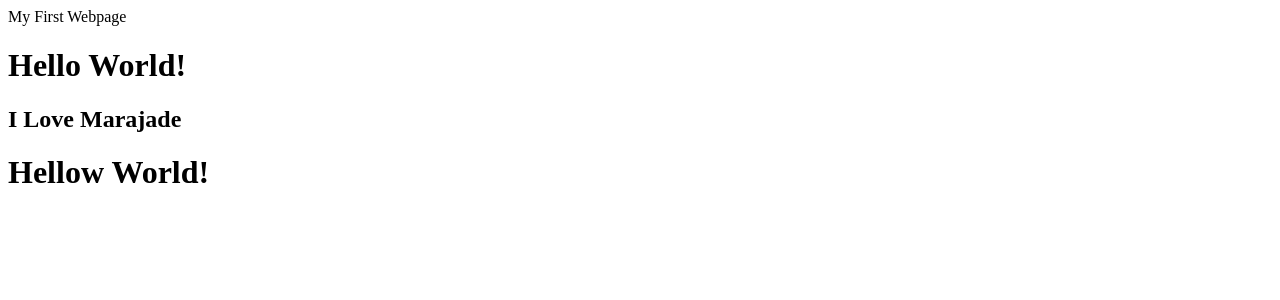
Repository: j0vesday/git_test
Page: html-boilerplate/index.html
These files come from the project's save history. The page is drawn as it stood at one moment and after the next save; the edit follows.
The browser window is 1280 px wide. The pictures show the whole page.

Above is the page before, as saved 2024-09-21 04:19:32.

After the next save:
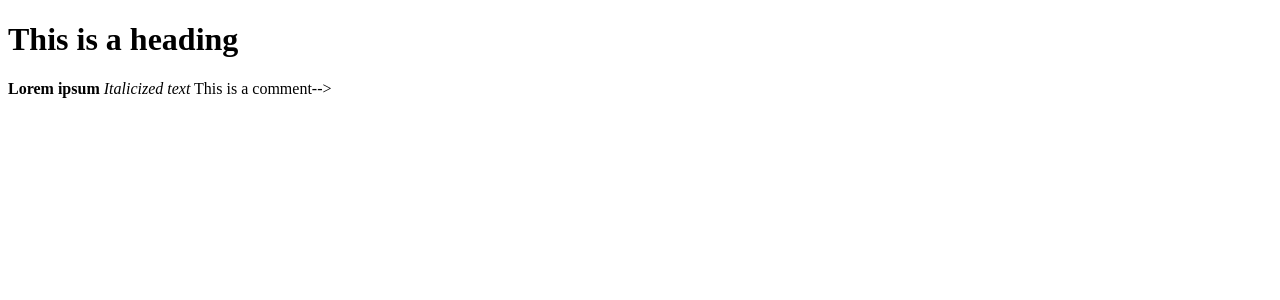
Saved 3 days later.
--- a/html-boilerplate/index.html
+++ b/html-boilerplate/index.html
@@ -1,28 +1,3 @@
-<!DOCTYPE html>
-<html lang="en">
-    <head>
-    <meta charset="UTF-8"
-    <title>My First Webpage</title>
-    </head>
-
-    <body>
-        <h1>Hello World!</h1>
-        <h2>I Love Marajade</h2>
-    </body>
-</html>
-
-<!DOCTYPE html>
-<html lang="en">
-    <head>
-    <meta charset="UTF-8">
-    <title> My First Webpage</title>
-    </head>
-
-    <body>
-        <h1>Hellow World!</h1>
-    </body>
-</html>
-
 <!DOCTYPE html>
 <html lang="en">
 <head>
@@ -31,6 +6,9 @@
     <title>Document</title>
 </head>
 <body>
-
+    <h1> This is a heading </h1>
+    <strong> Lorem ipsum</strong>
+    <em>Italicized text</em>
+<!---->This is a comment-->
 </body>
 </html>
